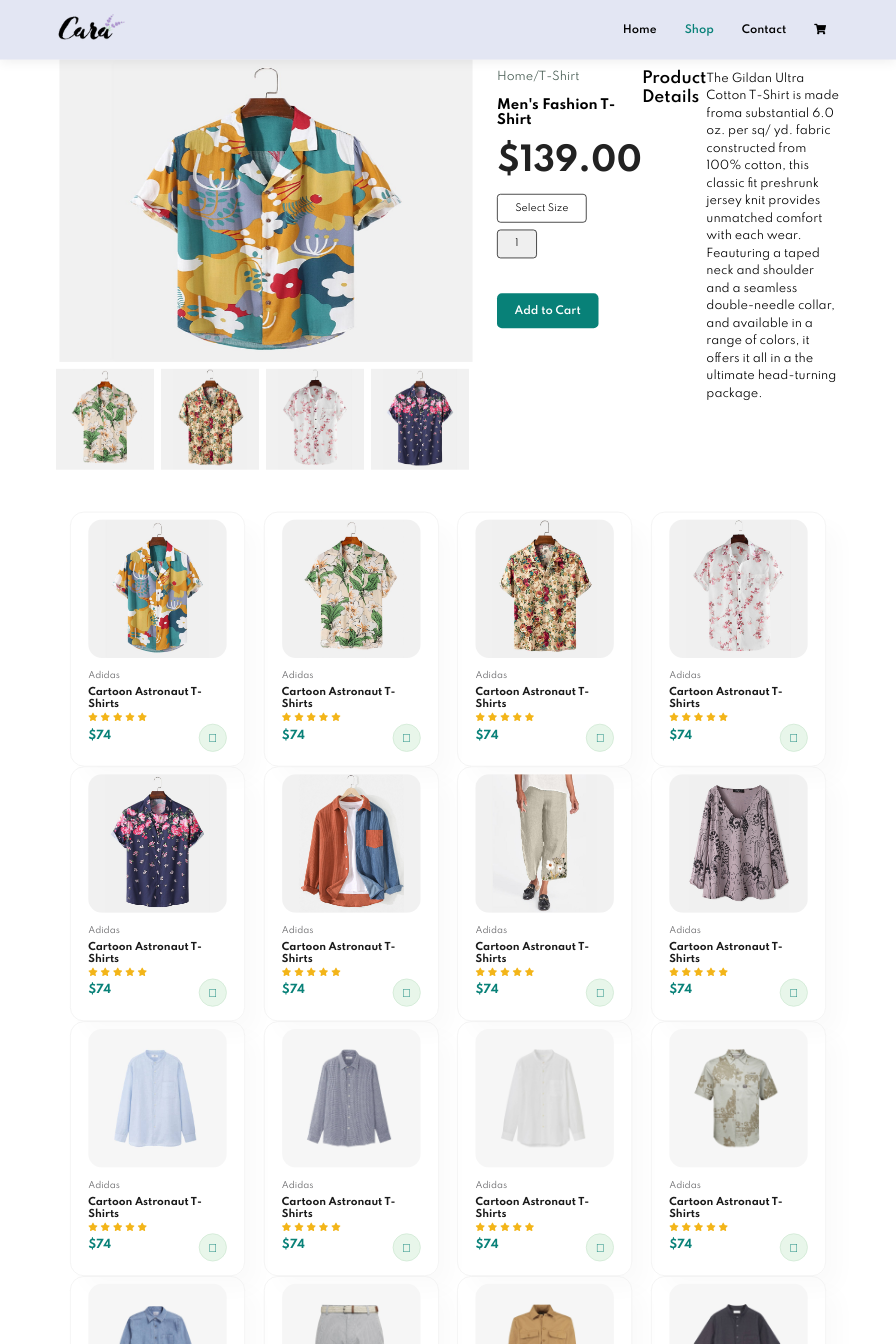
Repository: Daryllgio/E-Commerce-Website-UI
Page: ItemDetail.html
These files come from the project's save history. The page is drawn as it stood at one moment and after the next save; the edit follows.
The browser window is 1280 px wide. The pictures show the part of the page from y = 0 to 1920 px (the page is 2830 px tall), at 70% of full size.
Some web libraries are served in a nearby version.

Above is the page before, as saved 2025-01-01 21:09:57.

### ItemDetail.html
<!DOCTYPE html>
<html lang="en">

<head>
    <meta charset="UTF-8">
    <meta http-equiv="X-UA-Compatible" content="IE=edge">
    <meta name="viewport" content="width=device-width, initial-scale=1.0">
    <title>Tech2etc Ecommerce Tutorial</title>
    <link rel="stylesheet" href="https://pro.fontawesome.com/releases/v5.10.0/css/all.css" />

    <link rel="stylesheet" href="style.css">
</head>

<body>
    <section id="header">
        <a href="#"><img src="img/logo.png" id="logo" class="logo" alt=""></a>

        <div>
            <ul id="navbar">
                <li>
                    <a href="index.html">Home</a>
                </li>
                <li>
                    <a class="active" href="shop.html">Shop</a>
                </li>
                <li>
                    <a href="contact.html">Contact</a>
                </li>
                <li>
                    <a href="cart.html"><i class="fa fa-shopping-cart" aria-hidden="true"></i></a>
                </li>

            </ul>
        </div>
    </section>

    <section id="Product-Detail-Container">
        <div class="OptionContainer">
            <img src="img/products/f1.jpg" class="MainOption" alt="">
            <div class="OptionSubContainer">
                <img src="img/products/f2.jpg" class="option" alt="">
                <img src="img/products/f3.jpg" class="option" alt="">
                <img src="img/products/f4.jpg" class="option" alt="">
                <img src="img/products/f5.jpg" class="option" alt="">
            </div>
        </div>

        <div>
            <p class="Product-Name">Home/T-Shirt</p>
            <h3 class="Product-Category">Men's Fashion T-Shirt</h3>
            <h2 class="Product-Price">$139.00</h2>
            <div class="dropdown">
                <button class="dropdown-btn" onclick="toggleDropdown('myDropdown1')">Select Size</button>
                <div class="dropdown-content" id="myDropdown1">
                    <a href="#">Small</a>
                    <a href="#">Medium</a>
                    <a href="#">Large</a>
                </div>
            </div>
            <div class="Product-Num-Container">
                <div class="dropdown">
                    <button class="Size-btn" onclick="toggleDropdown('myDropdown2')">1</button>
                    <div class="dropdown-content" id="myDropdown2">
                        <a href="#">1</a>
                        <a href="#">2</a>
                        <a href="#">3</a>
                        <a href="#">4</a>
                        <a href="#">5</a>
                        <a href="#">6</a>
                        <a href="#">7</a>
                        <a href="#">8</a>
                        <a href="#">9</a>
                        <a href="#">10+</a>
                    </div>
                </div>
            </div>
            <button class="AddToCart-btn">
                Add to Cart
            </button>
        </div>
        <p class="Product-Detail-Header">Product Details</p>
        <p class="Product-Details">
            The Gildan Ultra Cotton T-Shirt is made froma substantial 6.0 oz. per sq/ yd. fabric constructed
            from 100% cotton, this classic fit preshrunk jersey knit provides unmatched comfort with each wear.
            Feauturing a taped neck and shoulder and a seamless double-needle collar, and available in a range
            of colors, it offers it all in a the ultimate head-turning package.
        </p>
        </div>

    </section>


    <section id="product1" class="section-p1">
        <div class="pro-container">
            <div class="pro">
                <img src="img/products/f1.jpg" alt="">
                <div class="des">
                    <span>Adidas</span>
                    <h5>Cartoon Astronaut T-Shirts</h5>
                    <div class="star">
                        <i class="fas fa-star"></i>
                        <i class="fas fa-star"></i>
                        <i class="fas fa-star"></i>
                        <i class="fas fa-star"></i>
                        <i class="fas fa-star"></i>
                    </div>
                    <div class="Shop">
                        <h4>$74</h4>
                        <a href="#"><i class="fal fa-shopping-cart "></i></a>
                    </div>

                </div>
            </div>

            <div class="pro">
                <img src="img/products/f2.jpg" alt="">
                <div class="des">
                    <span>Adidas</span>
                    <h5>Cartoon Astronaut T-Shirts</h5>
                    <div class="star">
                        <i class="fas fa-star"></i>
                        <i class="fas fa-star"></i>
                        <i class="fas fa-star"></i>
                        <i class="fas fa-star"></i>
                        <i class="fas fa-star"></i>
                    </div>
                    <div class="Shop">
                        <h4>$74</h4>
                        <a href="#"><i class="fal fa-shopping-cart "></i></a>
                    </div>

                </div>
            </div>

            <div class="pro">
                <img src="img/products/f3.jpg" alt="">
                <div class="des">
                    <span>Adidas</span>
                    <h5>Cartoon Astronaut T-Shirts</h5>
                    <div class="star">
                        <i class="fas fa-star"></i>
                        <i class="fas fa-star"></i>
                        <i class="fas fa-star"></i>
                        <i class="fas fa-star"></i>
                        <i class="fas fa-star"></i>
                    </div>
                    <div class="Shop">
                        <h4>$74</h4>
                        <a href="#"><i class="fal fa-shopping-cart "></i></a>
                    </div>

                </div>
            </div>

            <div class="pro">
                <img src="img/products/f4.jpg" alt="">
                <div class="des">
                    <span>Adidas</span>
                    <h5>Cartoon Astronaut T-Shirts</h5>
                    <div class="star">
                        <i class="fas fa-star"></i>
                        <i class="fas fa-star"></i>
                        <i class="fas fa-star"></i>
                        <i class="fas fa-star"></i>
                        <i class="fas fa-star"></i>
                    </div>
                    <div class="Shop">
                        <h4>$74</h4>
                        <a href="#"><i class="fal fa-shopping-cart "></i></a>
                    </div>

                </div>
            </div>

            <div class="pro">
                <img src="img/products/f5.jpg" alt="">
                <div class="des">
                    <span>Adidas</span>
                    <h5>Cartoon Astronaut T-Shirts</h5>
                    <div class="star">
                        <i class="fas fa-star"></i>
                        <i class="fas fa-star"></i>
                        <i class="fas fa-star"></i>
                        <i class="fas fa-star"></i>
                        <i class="fas fa-star"></i>
                    </div>
                    <div class="Shop">
                        <h4>$74</h4>
                        <a href="#"><i class="fal fa-shopping-cart "></i></a>
                    </div>

                </div>
            </div>

            <div class="pro">
                <img src="img/products/f6.jpg" alt="">
                <div class="des">
                    <span>Adidas</span>
                    <h5>Cartoon Astronaut T-Shirts</h5>
                    <div class="star">
                        <i class="fas fa-star"></i>
                        <i class="fas fa-star"></i>
                        <i class="fas fa-star"></i>
                        <i class="fas fa-star"></i>
                        <i class="fas fa-star"></i>
                    </div>
                    <div class="Shop">
                        <h4>$74</h4>
                        <a href="#"><i class="fal fa-shopping-cart "></i></a>
                    </div>

                </div>
            </div>

            <div class="pro">
                <img src="img/products/f7.jpg" alt="">
                <div class="des">
                    <span>Adidas</span>
                    <h5>Cartoon Astronaut T-Shirts</h5>
                    <div class="star">
                        <i class="fas fa-star"></i>
                        <i class="fas fa-star"></i>
                        <i class="fas fa-star"></i>
                        <i class="fas fa-star"></i>
                        <i class="fas fa-star"></i>
                    </div>
                    <div class="Shop">
                        <h4>$74</h4>
                        <a href="#"><i class="fal fa-shopping-cart "></i></a>
                    </div>

                </div>
            </div>

            <div class="pro">
                <img src="img/products/f8.jpg" alt="">
                <div class="des">
                    <span>Adidas</span>
                    <h5>Cartoon Astronaut T-Shirts</h5>
                    <div class="star">
                        <i class="fas fa-star"></i>
                        <i class="fas fa-star"></i>
                        <i class="fas fa-star"></i>
                        <i class="fas fa-star"></i>
                        <i class="fas fa-star"></i>
                    </div>
                    <div class="Shop">
                        <h4>$74</h4>
                        <a href="#"><i class="fal fa-shopping-cart "></i></a>
                    </div>

                </div>
            </div>




            <div class="pro">
                <img src="img/products/n1.jpg" alt="">
                <div class="des">
                    <span>Adidas</span>
                    <h5>Cartoon Astronaut T-Shirts</h5>
                    <div class="star">
                        <i class="fas fa-star"></i>
                        <i class="fas fa-star"></i>
                        <i class="fas fa-star"></i>
                        <i class="fas fa-star"></i>
                        <i class="fas fa-star"></i>
                    </div>
                    <div class="Shop">
                        <h4>$74</h4>
                        <a href="#"><i class="fal fa-shopping-cart "></i></a>
                    </div>

                </div>
            </div>

            <div class="pro">
                <img src="img/products/n2.jpg" alt="">
                <div class="des">
                    <span>Adidas</span>
                    <h5>Cartoon Astronaut T-Shirts</h5>
                    <div class="star">
                        <i class="fas fa-star"></i>
                        <i class="fas fa-star"></i>
                        <i class="fas fa-star"></i>
                        <i class="fas fa-star"></i>
                        <i class="fas fa-star"></i>
                    </div>
                    <div class="Shop">
                        <h4>$74</h4>
                        <a href="#"><i class="fal fa-shopping-cart "></i></a>
                    </div>

                </div>
            </div>

            <div class="pro">
                <img src="img/products/n3.jpg" alt="">
                <div class="des">
                    <span>Adidas</span>
                    <h5>Cartoon Astronaut T-Shirts</h5>
                    <div class="star">
                        <i class="fas fa-star"></i>
                        <i class="fas fa-star"></i>
                        <i class="fas fa-star"></i>
                        <i class="fas fa-star"></i>
                        <i class="fas fa-star"></i>
                    </div>
                    <div class="Shop">
                        <h4>$74</h4>
                        <a href="#"><i class="fal fa-shopping-cart "></i></a>
                    </div>

                </div>
            </div>

            <div class="pro">
                <img src="img/products/n4.jpg" alt="">
                <div class="des">
                    <span>Adidas</span>
                    <h5>Cartoon Astronaut T-Shirts</h5>
                    <div class="star">
                        <i class="fas fa-star"></i>
                        <i class="fas fa-star"></i>
                        <i class="fas fa-star"></i>
                        <i class="fas fa-star"></i>
                        <i class="fas fa-star"></i>
                    </div>
                    <div class="Shop">
                        <h4>$74</h4>
                        <a href="#"><i class="fal fa-shopping-cart "></i></a>
                    </div>

                </div>
            </div>

            <div class="pro">
                <img src="img/products/n5.jpg" alt="">
                <div class="des">
                    <span>Adidas</span>
                    <h5>Cartoon Astronaut T-Shirts</h5>
                    <div class="star">
                        <i class="fas fa-star"></i>
                        <i class="fas fa-star"></i>
                        <i class="fas fa-star"></i>
                        <i class="fas fa-star"></i>
                        <i class="fas fa-star"></i>
                    </div>
                    <div class="Shop">
                        <h4>$74</h4>
                        <a href="#"><i class="fal fa-shopping-cart "></i></a>
                    </div>

                </div>
            </div>

            <div class="pro">
                <img src="img/products/n6.jpg" alt="">
                <div class="des">
                    <span>Adidas</span>
                    <h5>Cartoon Astronaut T-Shirts</h5>
                    <div class="star">
                        <i class="fas fa-star"></i>
                        <i class="fas fa-star"></i>
                        <i class="fas fa-star"></i>
                        <i class="fas fa-star"></i>
                        <i class="fas fa-star"></i>
                    </div>
                    <div class="Shop">
                        <h4>$74</h4>
                        <a href="#"><i class="fal fa-shopping-cart "></i></a>
                    </div>

                </div>
            </div>

            <div class="pro">
                <img src="img/products/n7.jpg" alt="">
                <div class="des">
                    <span>Adidas</span>
                    <h5>Cartoon Astronaut T-Shirts</h5>
                    <div class="star">
                        <i class="fas fa-star"></i>
                        <i class="fas fa-star"></i>
                        <i class="fas fa-star"></i>
                        <i class="fas fa-star"></i>
                        <i class="fas fa-star"></i>
                    </div>
                    <div class="Shop">
                        <h4>$74</h4>
                        <a href="#"><i class="fal fa-shopping-cart "></i></a>
                    </div>

                </div>
            </div>

            <div class="pro">
                <img src="img/products/n8.jpg" alt="">
                <div class="des">
                    <span>Adidas</span>
                    <h5>Cartoon Astronaut T-Shirts</h5>
                    <div class="star">
                        <i class="fas fa-star"></i>
                        <i class="fas fa-star"></i>
                        <i class="fas fa-star"></i>
                        <i class="fas fa-star"></i>
                        <i class="fas fa-star"></i>
                    </div>
                    <div class="Shop">
                        <h4>$74</h4>
                        <a href="#"><i class="fal fa-shopping-cart "></i></a>
                    </div>

                </div>
            </div>
    </section>

    <section id="ShopPagePagination">
        <a href="#">
            1
        </a>
        <a href="#">
            2
        </a>
        <a href="#">
            <i class="fal fa-long-arrow-alt-right"></i>
        </a>
    </section>

    <section id="sm-NewsLetter" class="section-p1">
        <div class="Newsletters-Container">
            <div class="Newsletters-Text">
                <h3>Sign Up For Newsletters</h3>
                <p> Get the updates about out latest shop and <span>special offers</span></p>
            </div>
            <div class="Newsletters-Input">
                <input placeholder="Your email address" />
                <button>
                    Sign Up
                </button>
            </div>
        </div>
    </section>

    <footer id="Footer" class="section-p1">
        <div class="Footer-box">
            <h3>Contact</h3>
            <p><span>Address: </span>1233 Colonel By Drive, Ottawa, Canada</p>
            <p><span>Phone: </span>+1 (234) 567-9810</span></p>
            <p><span>Hours: </span>1233 Coloenl By Drive, Ottawa, Canada</p>
            <h3>Follow Us</h3>

            <div class="Social-Icons">
                <i class="fab fa-facebook-f"></i>
                <i class="fab fa-instagram"></i>
                <i class="fab fa-pinterest-p"></i>
            </div>
        </div>

        <div class="Footer-box">
            <h3>About</h3>
            <a href="#">Delivery Information</a>
            <a href="#">Privacy Policy</a>
            <a href="#">Terms & Conditions</a>
            <a href="contact.html">Contact Us</a>
        </div>

        <div class="Footer-box">
            <h3>My Account</h3>
            <a href="#">Sign In</a>
            <a href="cart.html">View Cart</a>
            <a href="#">Track My Order</a>
            <a href="#">Help</a>
        </div>

        <div class="Footer-box">
            <h3>Install App</h3>
            <p>From App Store or Google Play</p>
            <div class="Pay-Container">
                <img src="img/pay/app.jpg" class="pay" alt="">
                <img src="img/pay/play.jpg" class="pay" alt="">

            </div>
            <p>Secured Payment Gateways</p>
            <img src="img/pay/pay.png" alt="">

        </div>

    </footer>
    <div id="copyright">
        <p>
            2024, E-commerce website project
        </p>
    </div>

    <script src="script.js"></script>
</body>

</html>

Loaded but not shown: script.js (21 lines, source omitted); style.css (678 lines, source omitted)

After the next save:
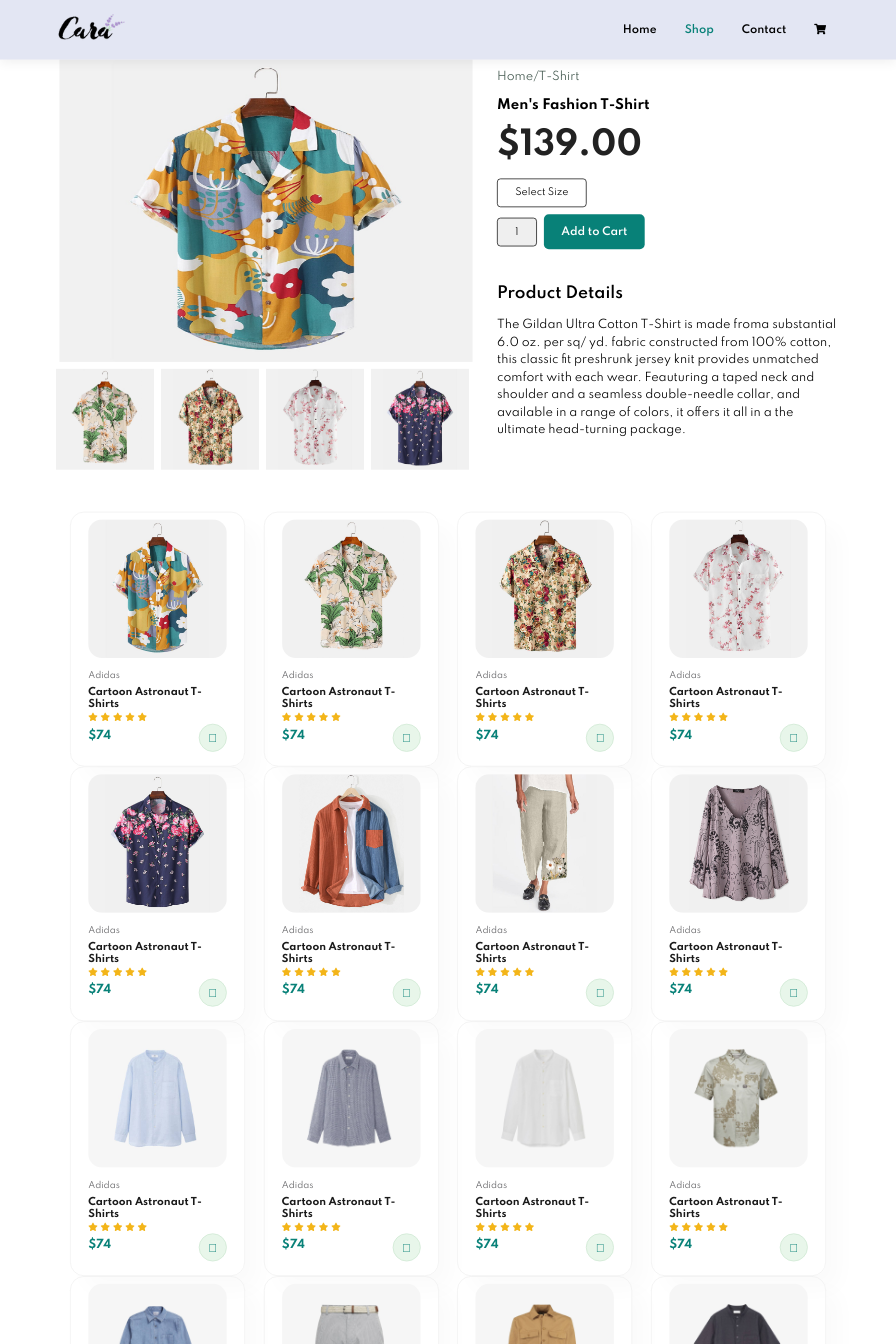
Saved 12 s later.
--- a/ItemDetail.html
+++ b/ItemDetail.html
@@ -50,17 +50,17 @@
             <h3 class="Product-Category">Men's Fashion T-Shirt</h3>
             <h2 class="Product-Price">$139.00</h2>
             <div class="dropdown">
-                <button class="dropdown-btn" onclick="toggleDropdown('myDropdown1')">Select Size</button>
-                <div class="dropdown-content" id="myDropdown1">
-                    <a href="#">Small</a>
-                    <a href="#">Medium</a>
-                    <a href="#">Large</a>
+                <button class="dropdown-btn" onclick="toggleDropdown()">Select Size</button>
+                <div class="dropdown-content" id="myDropdown">
+                    <a href="#">Option 1</a>
+                    <a href="#">Option 2</a>
+                    <a href="#">Option 3</a>
                 </div>
             </div>
             <div class="Product-Num-Container">
                 <div class="dropdown">
-                    <button class="Size-btn" onclick="toggleDropdown('myDropdown2')">1</button>
-                    <div class="dropdown-content" id="myDropdown2">
+                    <button class="Size-btn" onclick="toggleDropdown2()">1</button>
+                    <div class="dropdown-content" id="myDropdown">
                         <a href="#">1</a>
                         <a href="#">2</a>
                         <a href="#">3</a>
@@ -73,18 +73,17 @@
                         <a href="#">10+</a>
                     </div>
                 </div>
-            </div>
-            <button class="AddToCart-btn">
-                Add to Cart
-            </button>
-        </div>
-        <p class="Product-Detail-Header">Product Details</p>
-        <p class="Product-Details">
-            The Gildan Ultra Cotton T-Shirt is made froma substantial 6.0 oz. per sq/ yd. fabric constructed
-            from 100% cotton, this classic fit preshrunk jersey knit provides unmatched comfort with each wear.
-            Feauturing a taped neck and shoulder and a seamless double-needle collar, and available in a range
-            of colors, it offers it all in a the ultimate head-turning package.
-        </p>
+                <button class="AddToCart-btn">
+                    Add to Cart
+                </button>
+            </div>
+            <p class="Product-Detail-Header">Product Details</p>
+            <p class="Product-Details">
+                The Gildan Ultra Cotton T-Shirt is made froma substantial 6.0 oz. per sq/ yd. fabric constructed
+                from 100% cotton, this classic fit preshrunk jersey knit provides unmatched comfort with each wear.
+                Feauturing a taped neck and shoulder and a seamless double-needle collar, and available in a range
+                of colors, it offers it all in a the ultimate head-turning package.
+            </p>
         </div>
 
     </section>
